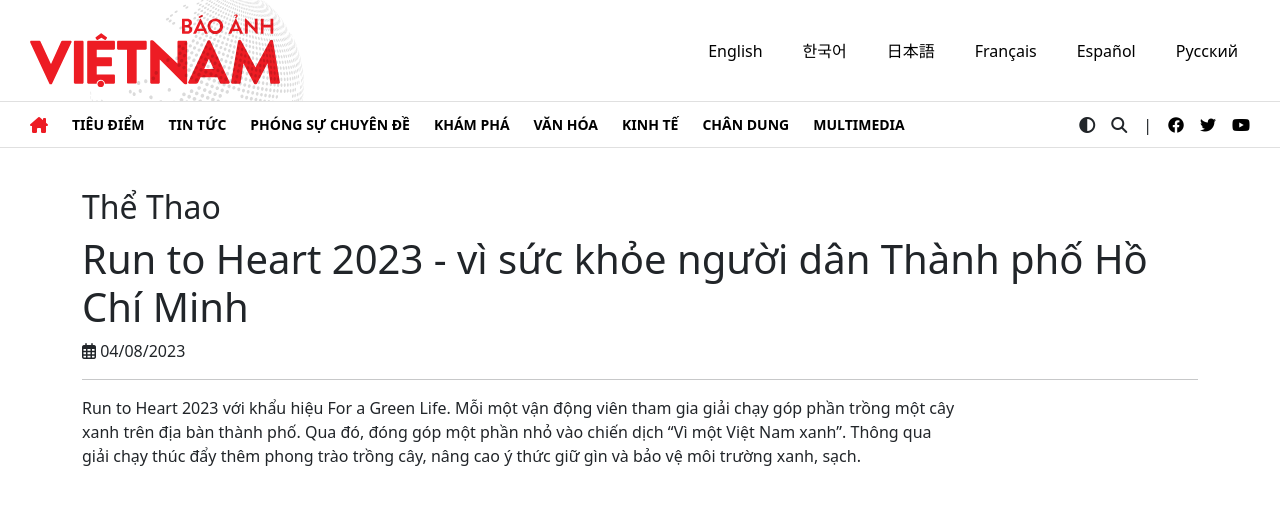
Repository: kietdotshp/webtintuc
Page: Detail.html
An editor plug-in stored every save of this project. The page is shown before and after the next save, followed by the edit.
The browser window is 1280 px wide. The pictures show the whole page.
Some web libraries are served in a nearby version.

Above is the page before, as saved 2023-08-10 16:09:07.

After the next save:
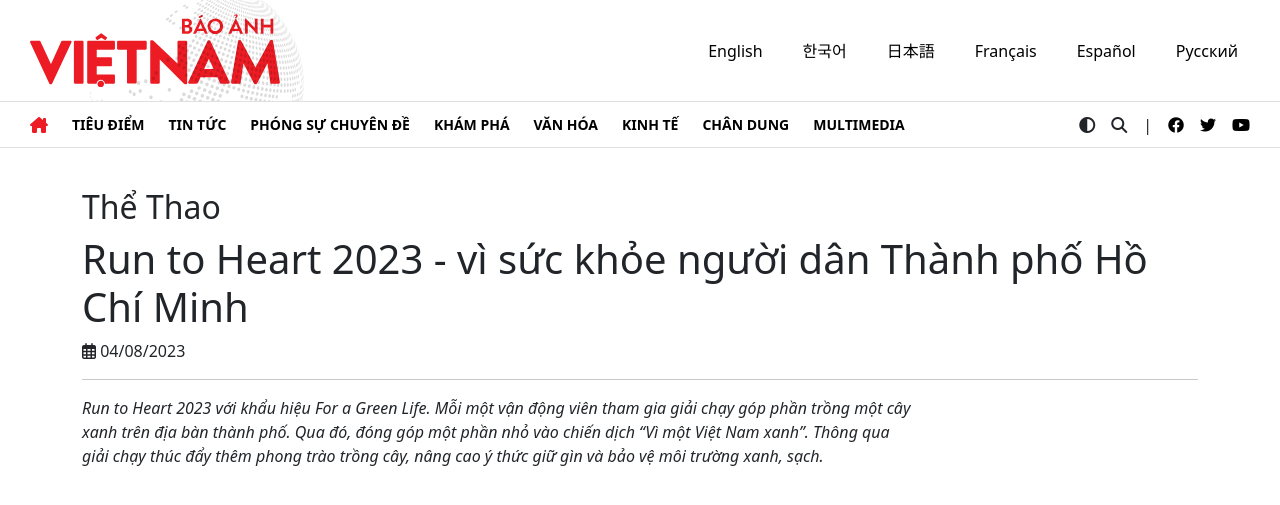
Saved 2 min 15 s later.
--- a/assets/css/detail.css
+++ b/assets/css/detail.css
@@ -236,4 +236,5 @@
   }
   .title{
     font-weight: ;
-  }
+    font-style:italic;
+  }
